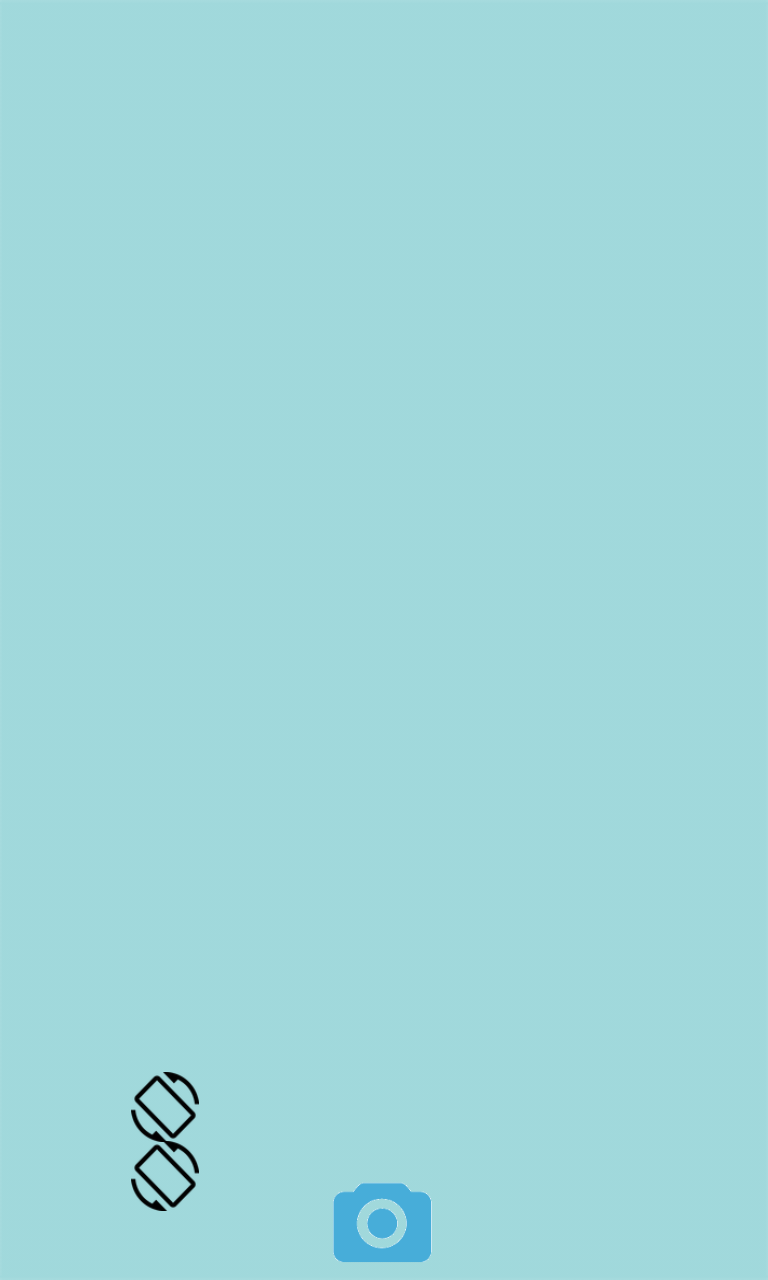
Repository: jucasoliveira/crazycameraapp
Layout: CrazyCameraCp/res/layout/activity_main.xml
These files come from the project's save history. The layout is drawn as it stood at one moment and after the next save; the edit follows.
It is drawn on a 768 x 1280 px phone screen (xhdpi) without system bars, with theme AppTheme; the app's code is not run.

Above is the layout before, as saved 2015-04-16 23:33:21.

After the next save:
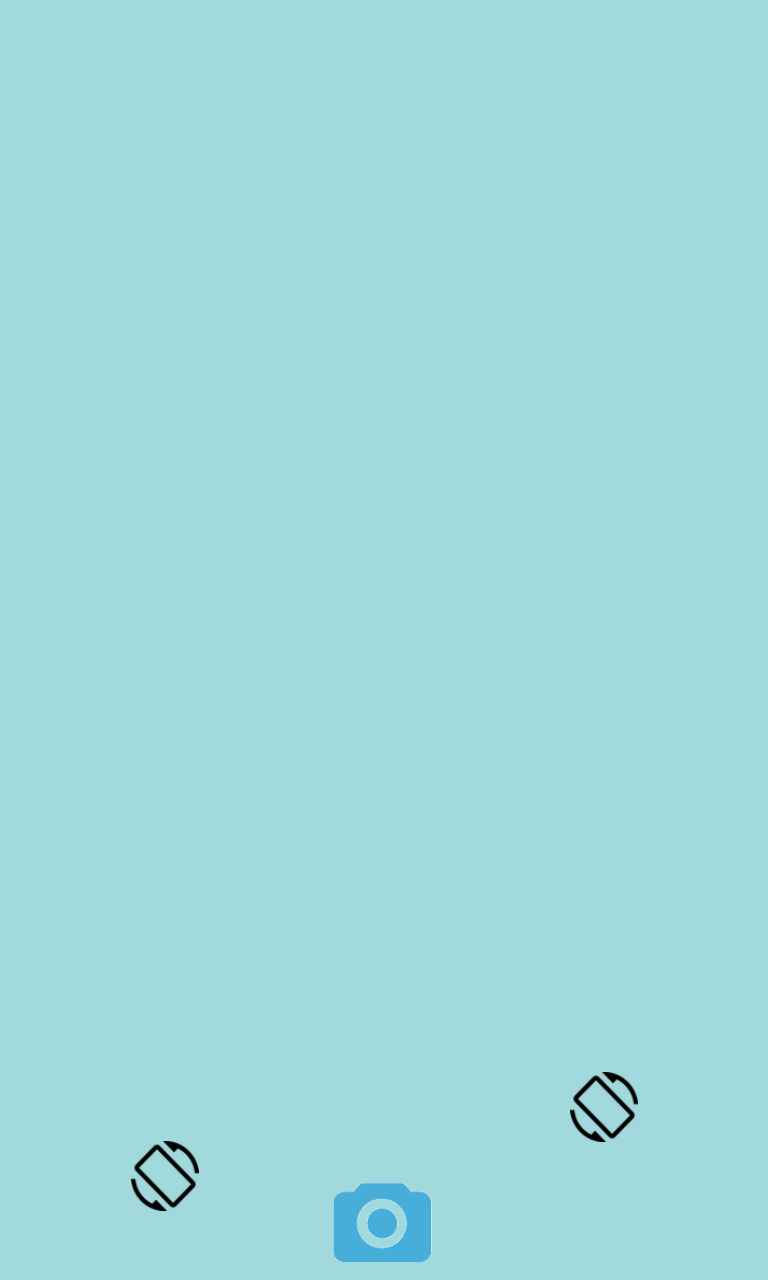
Saved 5 s later.
--- a/CrazyCameraCp/res/layout/activity_main.xml
+++ b/CrazyCameraCp/res/layout/activity_main.xml
@@ -34,7 +34,7 @@
        android:layout_width="34dp"
        android:layout_height="35dp"
        android:layout_gravity="center"
-       android:layout_marginLeft="-110dp"
+       android:layout_marginLeft="110dp"
        android:layout_marginTop="-70dp"
        android:background="@drawable/icon_rotate" />
 
